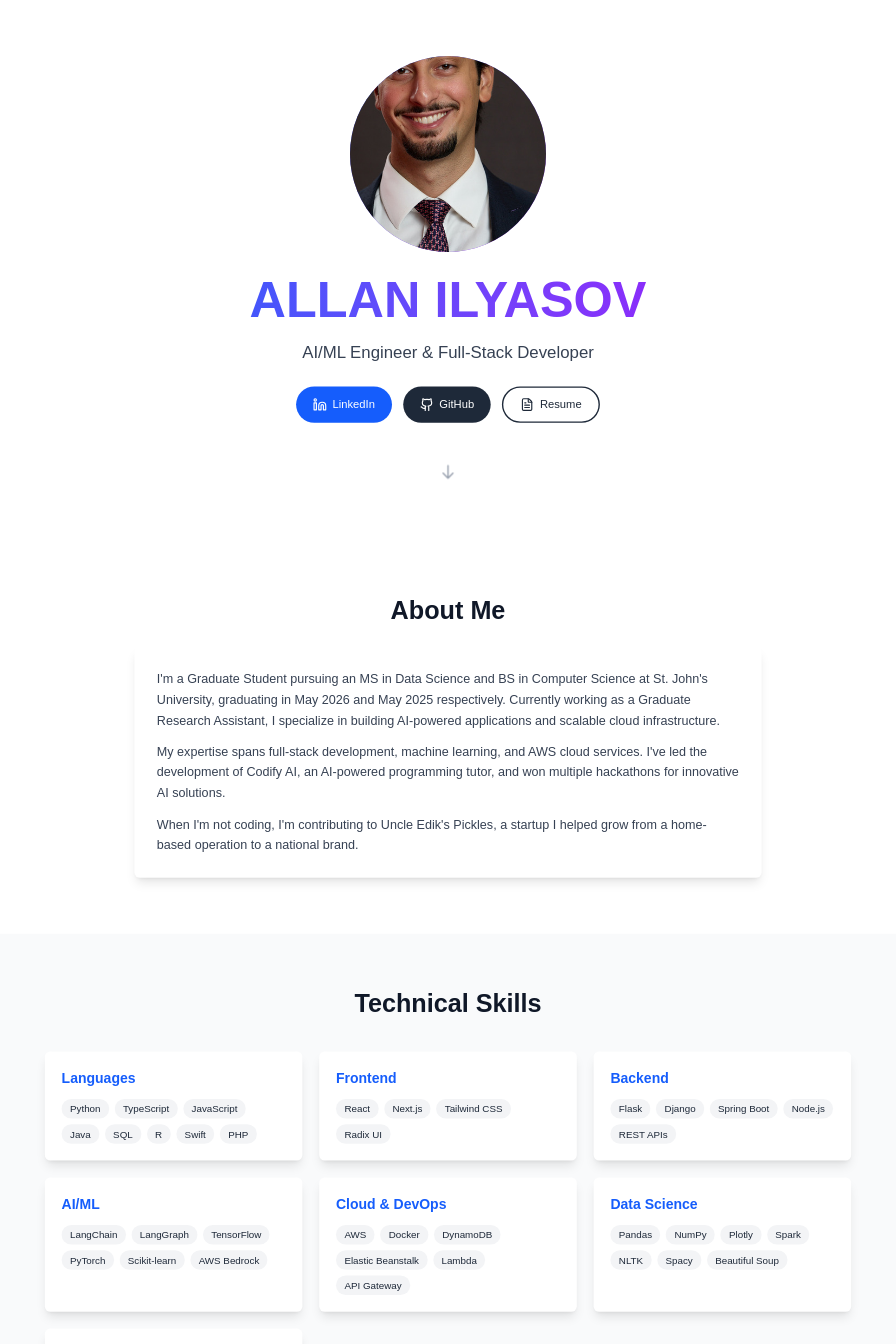
Repository: allanilya/Portfolio-v1
Page: /
These files come from the project's save history. The page is drawn as it stood at one moment and after the next save; the edit follows.
The browser window is 1280 px wide. The pictures show the part of the page from y = 0 to 1920 px (the page is 2582 px tall), at 70% of full size.
The project was rebuilt for these pictures with package versions that can differ from the ones it lists, and the page was loaded fresh each time. The framework's server and built-in components were replaced by stand-ins that run in the browser. Also part of the build but not shown: next.config.ts.

Above is the page before, as saved 2025-11-18 22:29:20.

After the next save:
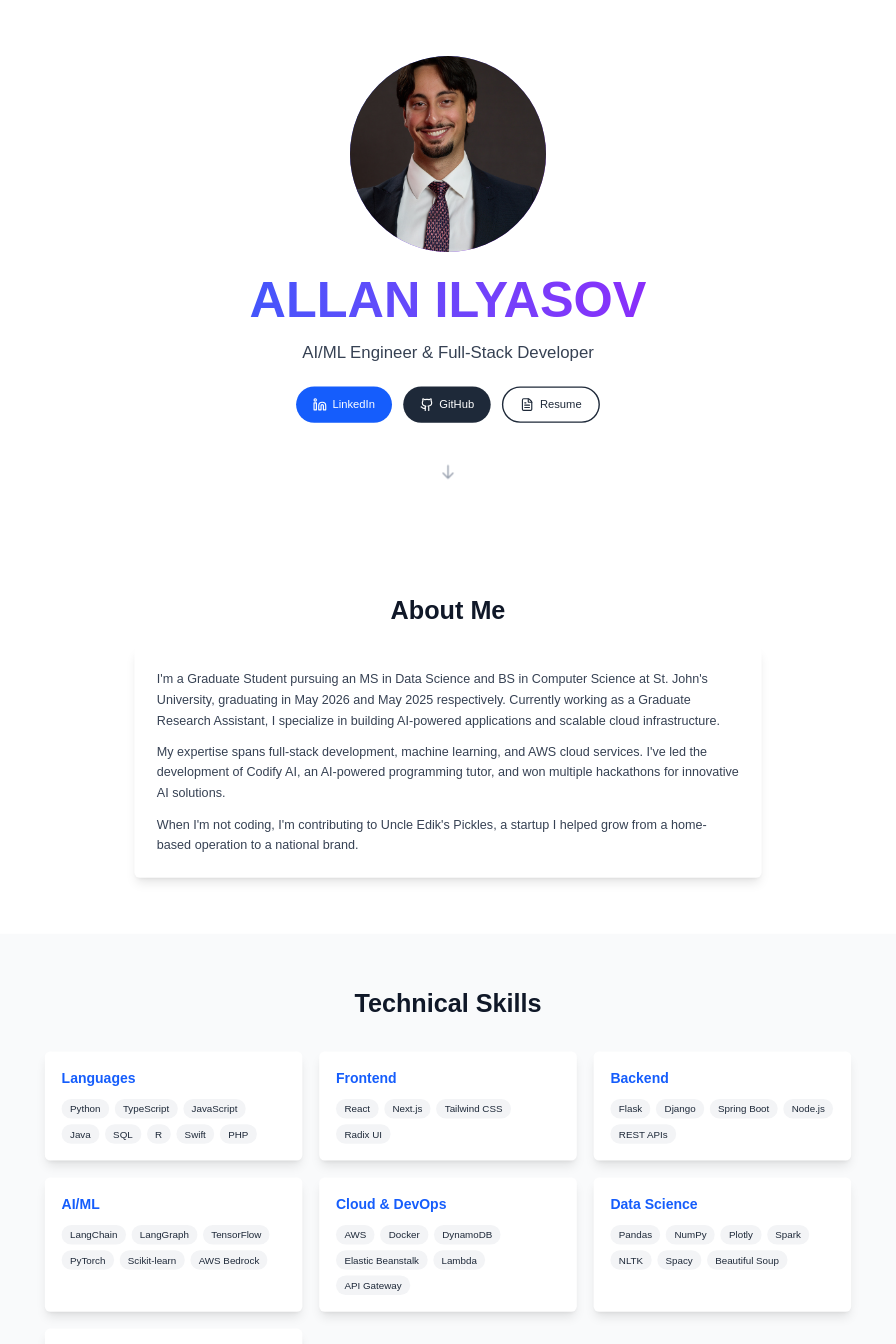
Saved 47 s later.
--- a/components/Hero.tsx
+++ b/components/Hero.tsx
@@ -75,7 +75,7 @@ export default function Hero() {
               alt="Allan Ilyasov"
               className="w-full h-full object-cover"
               style={{
-                transform: 'scale(2)',
+                transform: 'scale(1.2)',
                 objectPosition: '0% 10%'  // First number = horizontal (LEFT/RIGHT), Second = vertical (UP/DOWN)
               }}
             />
